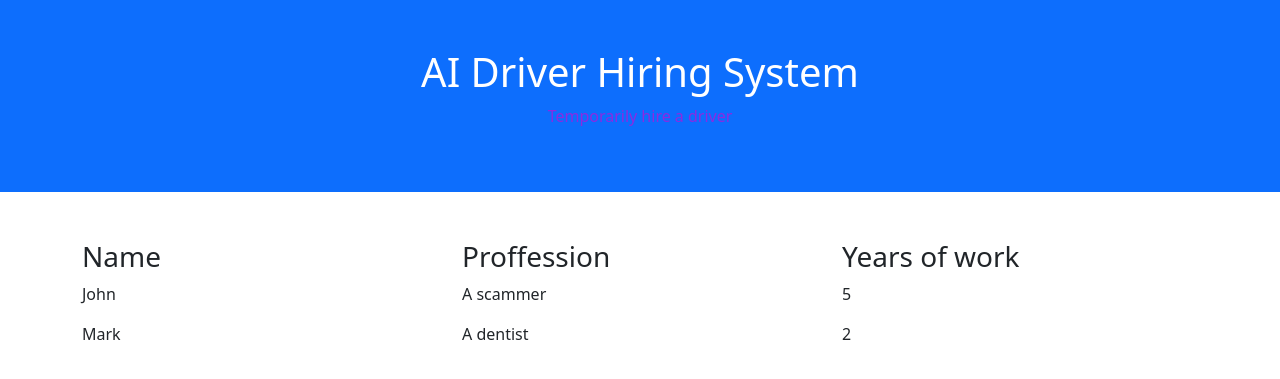
Repository: Wuda2000/AI-powered-Driver-hiring-system
Page: ONE.html
An editor plug-in stored every save of this project. The page is shown before and after the next save, followed by the edit.
The browser window is 1280 px wide. The pictures show the whole page.

Above is the page before, as saved 2024-12-23 22:22:16.

### ONE.html
<!DOCTYPE html>
<html lang="en">
<head>
  <title>Bootstrap 5 Example</title>
  <meta charset="utf-8">
  <meta name="viewport" content="width=device-width, initial-scale=1">
  <link href="https://cdn.jsdelivr.net/npm/bootstrap@5.3.3/dist/css/bootstrap.min.css" rel="stylesheet">
  <script src="https://cdn.jsdelivr.net/npm/bootstrap@5.3.3/dist/js/bootstrap.bundle.min.js"></script>
</head>
<body>


    <div class="container-fluid p-5 bg-primary text-white text-center">
        <h1>AI Driver Hiring System</h1>
        <p style="color: blueviolet;">Temporarily hire a driver</p>
      </div>

      <div class="container mt-5">
        <div class="row">
          <div class="col-sm-4">
            <h3>Name</h3>
            <p>John</p>
            <p>Mark</p>
          </div>
          <div class="col-sm-4">
            <h3>Proffession</h3>
            <p>A scammer</p>
            <p>A dentist</p>
          </div>
          <div class="col-sm-4">
            <h3>Years of work</h3>
            <p>5</p>
            <p>2</p>
          </div>
        </div>
      </div>
</body>
</html>

After the next save:
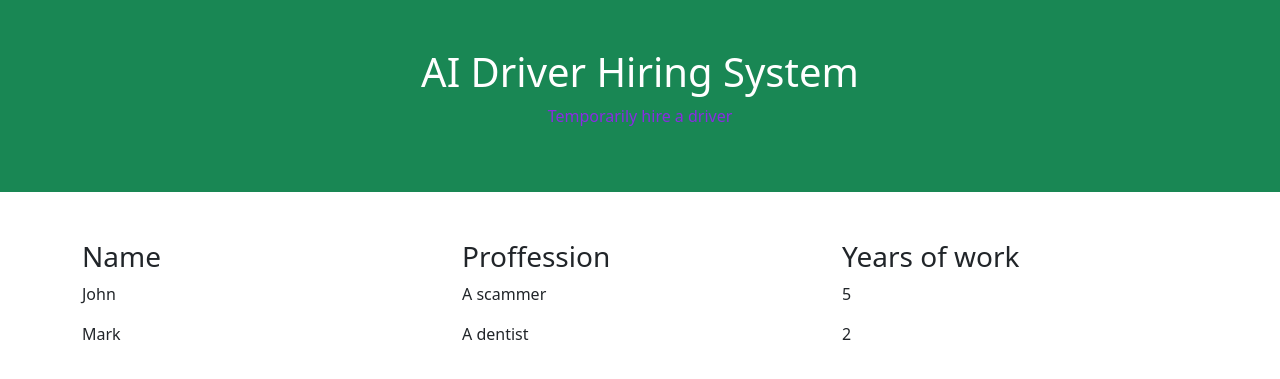
Saved 80 s later.
--- a/ONE.html
+++ b/ONE.html
@@ -10,7 +10,7 @@
 <body>
 
 
-    <div class="container-fluid p-5 bg-primary text-white text-center">
+    <div class="container-fluid p-5 bg-success text-white text-center">
         <h1>AI Driver Hiring System</h1>
         <p style="color: blueviolet;">Temporarily hire a driver</p>
       </div>
